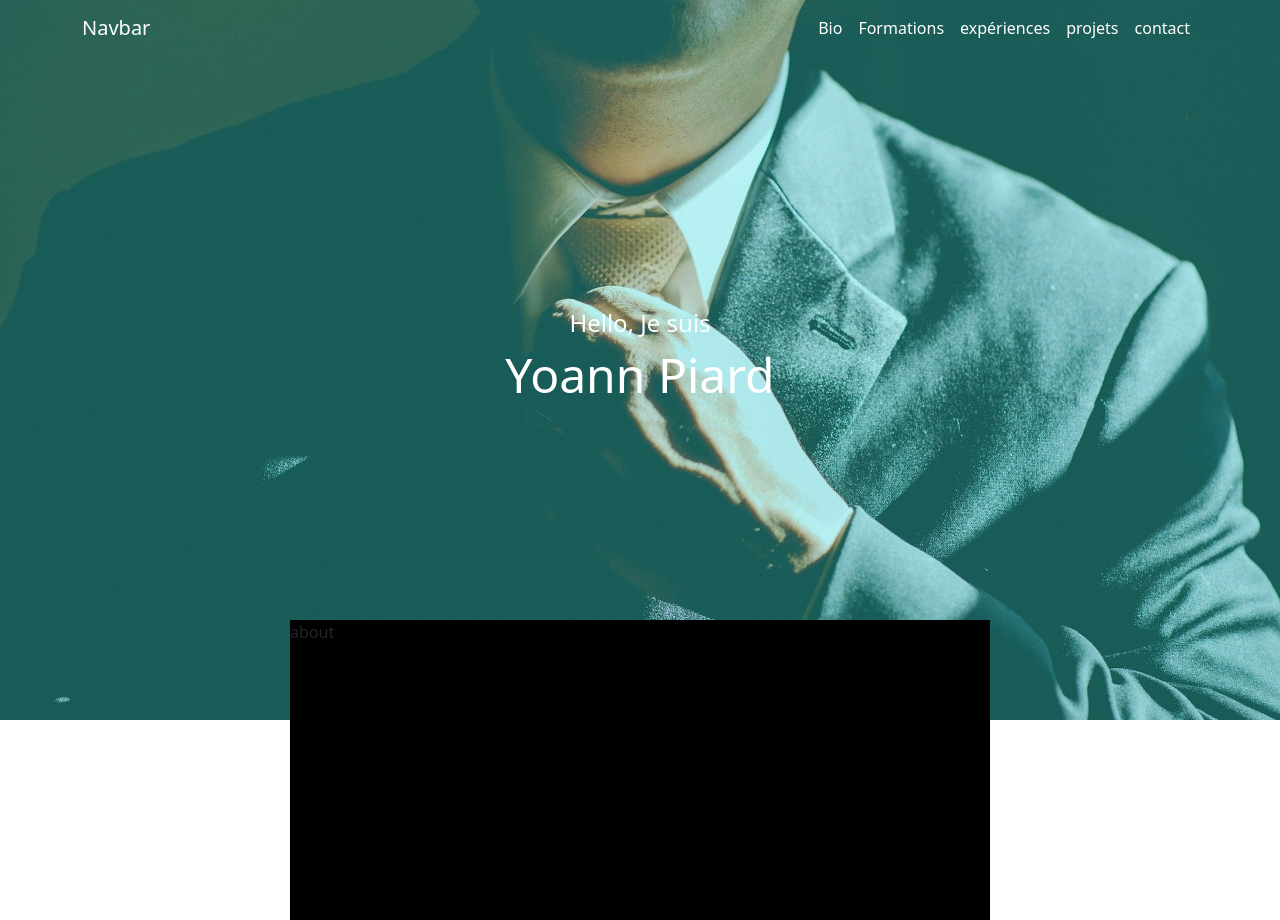
Repository: ypiard85/port-folio-bootstrap-yoann-2021
Page: index.html
These files come from the project's save history. The page is drawn as it stood at one moment and after the next save; the edit follows.
The browser window is 1280 px wide. The pictures show the whole page.

Above is the page before, as saved 2021-03-09 12:42:36.

### index.html
<!DOCTYPE html>
<html lang="en">
<head>
    <meta charset="UTF-8">
    <meta http-equiv="X-UA-Compatible" content="IE=edge">
    <meta name="viewport" content="width=device-width, initial-scale=1.0">
    <!-- CSS only -->
    <link rel="stylesheet" href="./resource/style.css">
<link href="https://cdn.jsdelivr.net/npm/bootstrap@5.0.0-beta2/dist/css/bootstrap.min.css" rel="stylesheet" integrity="sha384-BmbxuPwQa2lc/FVzBcNJ7UAyJxM6wuqIj61tLrc4wSX0szH/Ev+nYRRuWlolflfl" crossorigin="anonymous">
    <title>Document</title>
</head>
<body>

        <nav class="navbar position-fixed w-100 navbar-expand-lg navbar-light">
            <div class="container">
              <a class="navbar-brand" href="#">Navbar</a>
              <button class="navbar-toggler" type="button" data-bs-toggle="collapse" data-bs-target="#navbarNav" aria-controls="navbarNav" aria-expanded="false" aria-label="Toggle navigation">
                <span class="navbar-toggler-icon"></span>
              </button>
              <div class="collapse navbar-collapse" id="navbarNav">
                <ul class="navbar-nav">
                  <li class="nav-item">
                    <a class="nav-link active" aria-current="page" href="#bio">Bio</a>
                  </li>
                  <li class="nav-item">
                    <a class="nav-link" href="#formation">Formations</a>
                  </li>
                  <li class="nav-item">
                    <a class="nav-link" href="#experience">expériences</a>
                  </li>
                  <li class="nav-item">
                    <a class="nav-link" href="#projet">projets</a>
                  </li>
                  <li class="nav-item">
                    <a class="nav-link" href="#contact">contact</a>
                  </li>
                </ul>
              </div>
            </div>
          </nav>

          <header class="container-fluid flex-column
          d-flex align-items-center justify-content-center">
              <h4>Hello, Je suis</h4>
              <h1>Yoann Piard</h1>
          </header>

          <section class="about_me">
                about
          </section>

<!-- JavaScript Bundle with Popper -->
<script src="https://cdn.jsdelivr.net/npm/bootstrap@5.0.0-beta2/dist/js/bootstrap.bundle.min.js" integrity="sha384-b5kHyXgcpbZJO/tY9Ul7kGkf1S0CWuKcCD38l8YkeH8z8QjE0GmW1gYU5S9FOnJ0" crossorigin="anonymous"></script>
<script src="https://unpkg.com/scrollreveal"></script>
<script src="./resource/app.js"></script>
</body>
</html>

### resource/style.css
.navbar-collapse{
    flex-grow: 0!important;
}

nav a{
    color: white!important;
}

header{
    height: 100vh;
    background: gray;
    background-image: linear-gradient(90deg, rgba(0,231,249,0.2780462526807598) 100%, rgba(0,4,24,0.4405112386751575) 74%), url('./image/about-section.jpg');
    background-repeat: no-repeat;
    background-size: cover;
    background-position: top center;
    color: white;
}

header h1{
    font-weight: normal;
    font-size: 3em;
}

.about_me{
    width: 700px;
    margin: auto;
    background-color: black;
    height: 300px;
    margin-top: -100px;
}

### resource/app.js
ScrollReveal().reveal('.about_me', {
    delay: 250,
    duration: 1000,
    reset: true,
    origin: 'top',
    distance: '100%'
});

After the next save:
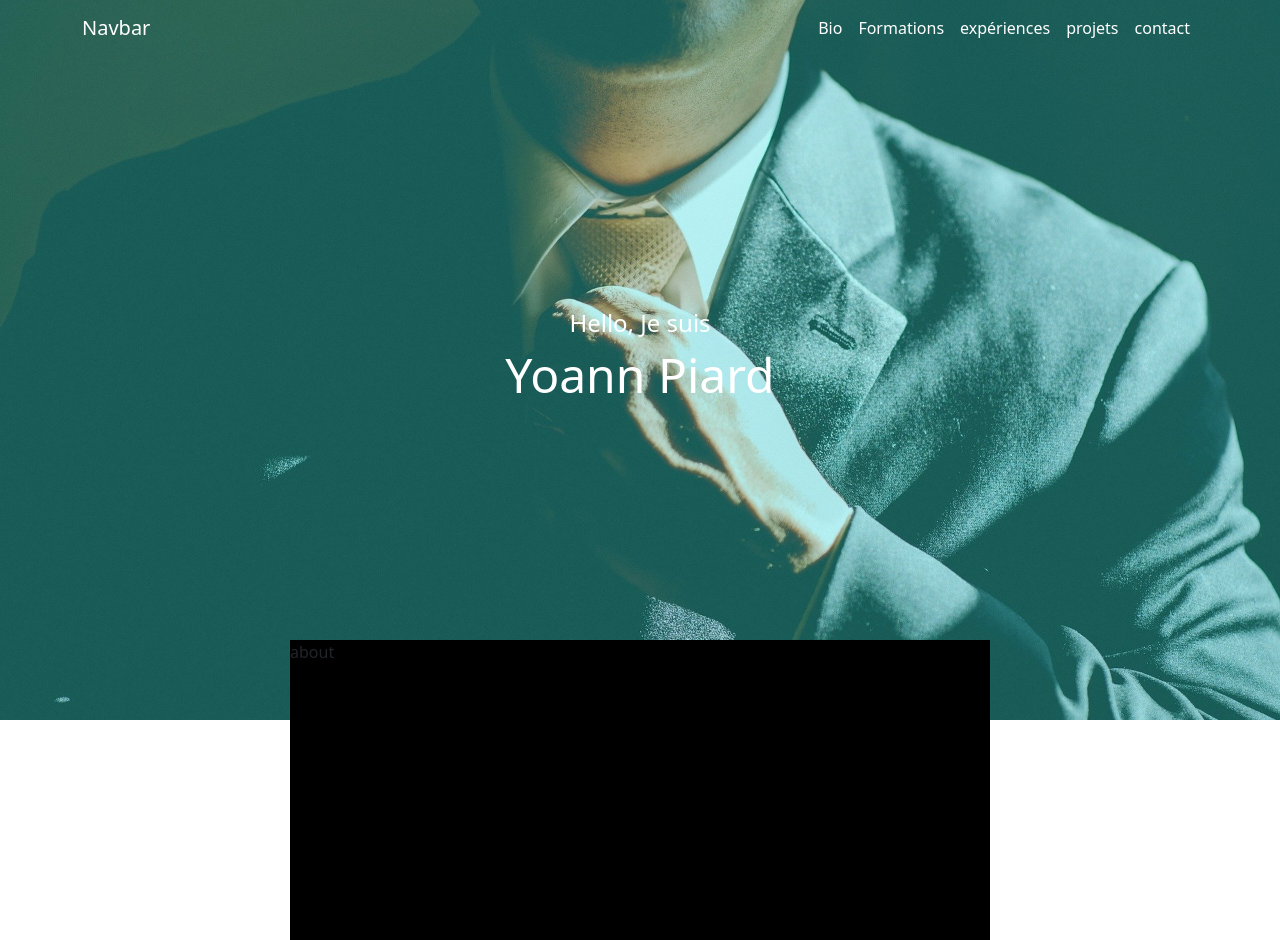
Saved 7 s later.
--- a/resource/style.css
+++ b/resource/style.css
@@ -26,5 +26,5 @@ header h1{
     margin: auto;
     background-color: black;
     height: 300px;
-    margin-top: -100px;
+    margin-top: -80px;
 }
